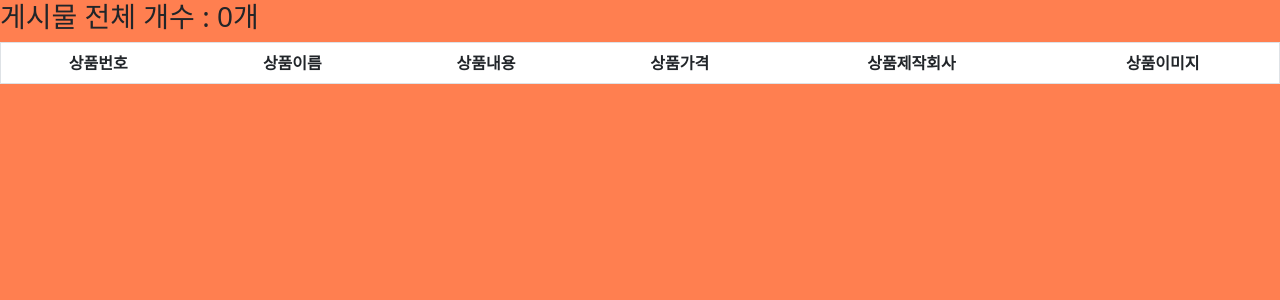
Repository: Hugh-KR/JSP_Project
Page: http://localhost/JSP_Project/product_all.jsp
These files come from the project's save history. The page is drawn as it stood at one moment and after the next save; the edit follows.
The browser window is 1280 px wide. The pictures show the whole page.
The page is served by Tomcat 9. Queries for data that is not in the repository find no rows.

Above is the page before, as saved 2022-11-08 06:59:43.

After the next save:
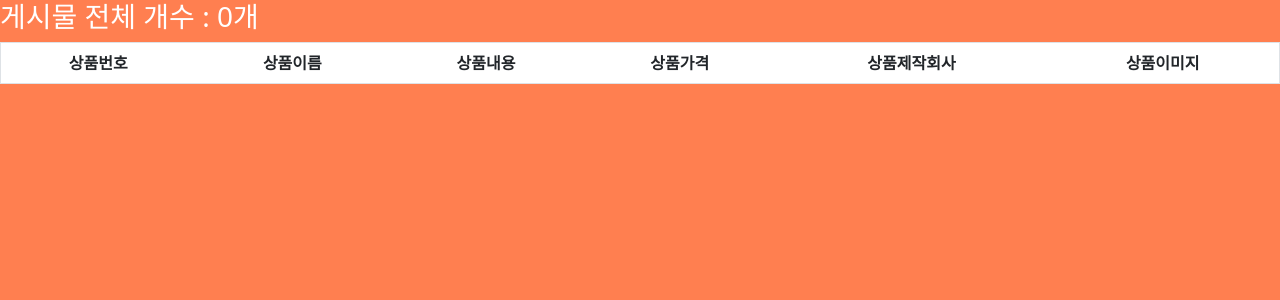
Saved 5 min 11 s later.
--- a/JSP_Project/src/main/webapp/product_all.jsp
+++ b/JSP_Project/src/main/webapp/product_all.jsp
@@ -27,6 +27,7 @@ text-align: center;
 tr:nth-child(even){
 background-color: #f2f2f2
 }
+h3{color: white;}
 </style>
 </head>
 <body>
